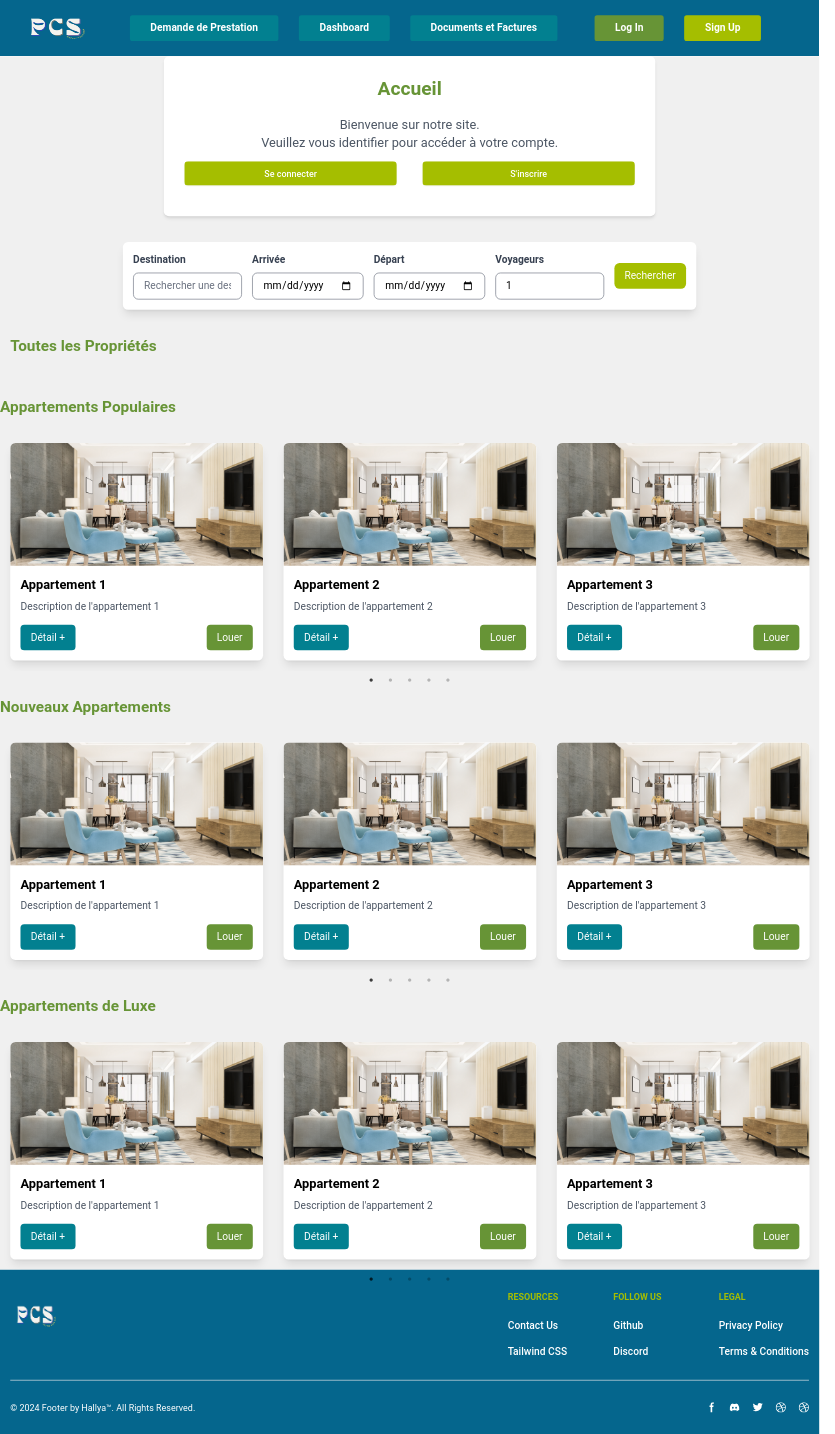
Repository: HATTOUNGBRE/ProjetAnnuel2
Page: /logout (app in FRONT/)
These files come from the project's save history. The page is drawn as it stood at one moment and after the next save; the edit follows.
The browser window is 1280 px wide. The page is 1305 px wide, so the pictures cover 1305 px, including what lies to the right of the window. The pictures show the whole page, at 64% of full size.
The page's requests for data from a server got no answer. The project was rebuilt for these pictures with package versions that can differ from the ones it lists, and the page was loaded fresh each time. No one was signed in, and anything a server would have sent is missing. Also part of the build but not shown: FRONT/vite.config.js, FRONT/src/components/PropertyCard.jsx, FRONT/src/components/Contact.jsx, FRONT/src/components/CatUser.jsx, FRONT/src/components/Login.jsx, FRONT/src/components/prestataire/PrestataireType.jsx, FRONT/src/components/prestataire/PrestataireDetails.jsx, FRONT/src/components/Account.jsx and 14 more.

Above is the page before, as saved 2024-06-28 14:25:57.

### FRONT/src/main.jsx
import React from 'react'
import ReactDOM from 'react-dom/client'
import App from './App.jsx'
import './App.css'
import { AuthProvider } from './components/AuthContext';
import {
  BrowserRouter,
  Route,
  Link
} from "react-router-dom";

ReactDOM.createRoot(document.getElementById('root')).render(
  <React.StrictMode>
    <AuthProvider>
    <App />
    </AuthProvider>
  </React.StrictMode>,
)

### FRONT/src/App.css
@tailwind base;
@tailwind components;
@tailwind utilities;

html, body {
  height: 100%;
  width: 100%;
  margin: 0;
  padding: 0;
  font-family: 'Roboto', sans-serif;
}


.logo {
  height: 5em;
  width: 7em;
  /* will-change: filter; */
  transition: filter 300ms;
}
.logo:hover {
}
.logo.react:hover {
  filter: drop-shadow(0 0 2em #61dafbaa);
}

@keyframes logo-spin {
  from {
    transform: rotate(0deg);
  }
  to {
    transform: rotate(360deg);
  }
}


.card {
  padding: 2em;
}

.read-the-docs {
  color: #888;
}
footer {
  position: absolute;
  left: 0;
  bottom: 0;
  width: 100%;
}
html, body {
  height: 100%;
  margin: 0;
  padding: 0;

}



footer {
  flex-shrink: 0; /* Empêche le pied de page de rétrécir si le contenu est trop grand */
}

.main-content {
  flex: 1;
  padding: 24px;
  overflow-y: auto;
  display: flex;
  flex-direction: column;
}

### FRONT/src/components/AuthContext.jsx
import React, { createContext, useState, useEffect } from 'react';
import Cookies from 'js-cookie';

const AuthContext = createContext();

export const AuthProvider = ({ children }) => {
  const [isLoggedIn, setIsLoggedIn] = useState(false);
  const [userRole, setUserRole] = useState('');
  const [userId, setUserId] = useState(null);
  const [userName, setUserName] = useState('');
  const [userSurname, setUserSurname] = useState('');
  const [category, setCategoryUserId] = useState(null);

  const fetchUserDetails = async (userId) => {
    try {
      const response = await fetch(`http://localhost:8000/api/user/${userId}`);
      const data = await response.json();

      if (response.ok) {
        setIsLoggedIn(true);
        setUserId(data.id);
        setUserName(data.name);
        setUserSurname(data.surname);
        setCategoryUserId(data.category_user);
        setUserRole(Cookies.get('role')); // Ensure the role is set from the cookie
      } else {
        setIsLoggedIn(false);
        setUserId(null);
        setUserName('');
        setUserSurname('');
        setCategoryUserId(null);
        setUserRole('');
      }
    } catch (error) {
      console.error('Error fetching user details:', error);
    }
  };

  useEffect(() => {
    const token = Cookies.get('authToken');
    const storedUserRole = Cookies.get('role');
    const storedUserId = Cookies.get('userId');

    if (token && storedUserId) {
      setIsLoggedIn(true);
      setUserRole(storedUserRole || '');
      fetchUserDetails(storedUserId); // Fetch user details
    }
  }, []);

  const login = (token, role, userId, userName, userSurname, category) => {
    Cookies.set('authToken', token, { expires: 1 });
    Cookies.set('role', role, { expires: 1 });
    Cookies.set('userId', userId, { expires: 1 });
    Cookies.set('userName', userName, { expires: 1 });
    Cookies.set('userSurname', userSurname, { expires: 1 });
    Cookies.set('category', category, { expires: 1 });

    setIsLoggedIn(true);
    setUserRole(role);
    setUserId(userId);
    setUserName(userName);
    setUserSurname(userSurname);
    setCategoryUserId(category);
  };

  const logout = () => {
    Cookies.remove('authToken');
    Cookies.remove('role');
    Cookies.remove('userId');
    Cookies.remove('userName');
    Cookies.remove('userSurname');
    Cookies.remove('category');

    setIsLoggedIn(false);
    setUserRole('');
    setUserId(null);
    setUserName('');
    setUserSurname('');
    setCategoryUserId(null);
  };

  return (
    <AuthContext.Provider value={{ isLoggedIn, userRole, userId, userName, userSurname, category, login, logout, fetchUserDetails }}>
      {children}
    </AuthContext.Provider>
  );
};

export default AuthContext;

### FRONT/src/components/Header.jsx
import { useState, useEffect } from 'react';
import Nav from './Nav';
import { Link } from "react-router-dom";

function Header(props) {
  const { isLoggedIn, userRole } = props;

  return (
    <div>
      <header className="bg-pcs-200 sticky top-0 z-[20]">
        <nav className="bg-pcs-200 border-gray-200 dark:bg-gray-900 w-full">
          <div className="w-full flex flex-wrap items-center justify-around p-1">
            <Link to="/" className="flex items-center space-x-3 rtl:space-x-reverse">
              <img src="/public/images/fullDay.png" className="h-8 logo" alt="PCSLogo" />
            </Link>
            <Nav isLoggedIn={isLoggedIn} userRole={userRole} />
            <button
              data-collapse-toggle="navbar-default"
              type="button"
              className="inline-flex items-center p-2 w-10 h-10 justify-center text-sm text-gray-500 rounded-lg md:hidden focus:outline-none focus:ring-2 focus:ring-gray-200 dark:text-gray-400 dark:focus:ring-gray-600"
              aria-controls="navbar-default"
              aria-expanded="false"
            >
              <span className="sr-only">Open main menu</span>
              <svg
                className="w-5 h-5"
                aria-hidden="true"
                xmlns="http://www.w3.org/2000/svg"
                fill="none"
                viewBox="0 0 17 14"
              >
                <path
                  stroke="currentColor"
                  strokeLinecap="round"
                  strokeLinejoin="round"
                  strokeWidth="2"
                  d="M1 1h15M1 7h15M1 13h15"
                />
              </svg>
            </button>
            <div className="hidden w-full md:block md:w-auto" id="navbar-default"></div>
          </div>
        </nav>
      </header>
    </div>
  );
}

export default Header;

### FRONT/src/components/Main.jsx
import React, { useState, useContext, useEffect } from 'react';
import AuthContext from './AuthContext';
import { Link } from 'react-router-dom';
import PropertyRow from './PropertyRow';
import Slider from 'react-slick';
import 'slick-carousel/slick/slick.css';
import 'slick-carousel/slick/slick-theme.css';

function Main() {
  const { isLoggedIn, userRole } = useContext(AuthContext);

  const [searchTerm, setSearchTerm] = useState('');
  const [cities, setCities] = useState([]);
  const [arrivalDate, setArrivalDate] = useState('');
  const [departureDate, setDepartureDate] = useState('');
  const [guests, setGuests] = useState(1);

  useEffect(() => {
    if (searchTerm.length >= 2) {
      searchCities(searchTerm);
    } else {
      setCities([]);
    }
  }, [searchTerm]);

  const searchCities = async (term) => {
    try {
      const response = await fetch(`https://geo.api.gouv.fr/communes?nom=${term}&fields=departement&boost=population&limit=5`);
      const data = await response.json();
      setCities(data);
    } catch (error) {
      console.error('Error fetching cities:', error);
    }
  };

  const handleSearch = (e) => {
    e.preventDefault();
    // Add your search logic here
    console.log('Searching for:', searchTerm, arrivalDate, departureDate, guests);
  };

  const sliderSettings = {
    dots: true,
    infinite: true,
    speed: 500,
    slidesToShow: 3,
    slidesToScroll: 1,
    responsive: [
      {
        breakpoint: 1024,
        settings: {
          slidesToShow: 2,
          slidesToScroll: 1,
          infinite: true,
          dots: true
        }
      },
      {
        breakpoint: 600,
        settings: {
          slidesToShow: 1,
          slidesToScroll: 1
        }
      }
    ]
  };

  return (
    <div className="min-h-screen bg-pcs-100 flex flex-col items-center justify-center">
      <div className="max-w-3xl w-full p-8 bg-white shadow-md rounded-lg text-center">
        <h1 className="text-3xl font-semibold text-pcs-400 mb-6">Accueil</h1>
        {isLoggedIn ? (
          <p className="text-xl text-pcs-300">
            Vous êtes connecté.e en tant que <span className="font-bold">{userRole}</span>
          </p>
        ) : (
          <div>
            <p className="text-xl text-gray-600">Bienvenue sur notre site.</p>
            <p className="text-xl text-gray-600">Veuillez vous identifier pour accéder à votre compte.</p>
            <div className='flex justify-center mt-4 space-x-10'>
              <button className='w-full px-4 mb-4 py-2 text-sm font-medium text-white bg-pcs-300 border border-transparent rounded-md shadow-sm hover:bg-pcs-400'>
                <Link to="/components/catUser">Se connecter</Link>
              </button>
              <button className='w-full px-4 mb-4 py-2 text-sm font-medium text-white bg-pcs-300 border border-transparent rounded-md shadow-sm hover:bg-pcs-400'>
                <Link to="/components/inscription">S'inscrire</Link>
              </button>
            </div>
          </div>
        )}
      </div>

      {/* Barre de recherche */}
      {!isLoggedIn || userRole === 'voyageur' ? (
        <div className="mt-10 w-full max-w-4xl bg-white shadow-lg rounded-lg p-4">
          <form onSubmit={handleSearch} className="flex items-center space-x-4">
            <div className="relative w-1/4">
              <label className="block text-gray-700 font-bold mb-2">Destination</label>
              <input
                type="text"
                className="w-full px-4 py-2 border rounded-lg focus:outline-none focus:ring-2 focus:ring-blue-500"
                placeholder="Rechercher une destination"
                value={searchTerm}
                onChange={(e) => setSearchTerm(e.target.value)}
              />
              {cities.length > 0 && (
                <ul className="absolute left-0 mt-2 w-full bg-white border rounded-lg z-10 max-h-48 overflow-y-auto">
                  {cities.map((city) => (
                    <li key={city.code} className="px-4 py-2 border-b last:border-b-0 cursor-pointer hover:bg-gray-200" onClick={() => setSearchTerm(city.nom)}>
                      {city.nom} ({city.departement.nom})
                    </li>
                  ))}
                </ul>
              )}
            </div>
            <div className="w-1/4">
              <label className="block text-gray-700 font-bold mb-2">Arrivée</label>
              <input
                type="date"
                className="w-full px-4 py-2 border rounded-lg focus:outline-none focus:ring-2 focus:ring-blue-500"
                value={arrivalDate}
                onChange={(e) => setArrivalDate(e.target.value)}
              />
            </div>
            <div className="w-1/4">
              <label className="block text-gray-700 font-bold mb-2">Départ</label>
              <input
                type="date"
                className="w-full px-4 py-2 border rounded-lg focus:outline-none focus:ring-2 focus:ring-blue-500"
                value={departureDate}
                onChange={(e) => setDepartureDate(e.target.value)}
              />
            </div>
            <div className="w-1/4">
              <label className="block text-gray-700 font-bold mb-2">Voyageurs</label>
              <input
                type="number"
                min="1"
                className="w-full px-4 py-2 border rounded-lg focus:outline-none focus:ring-2 focus:ring-blue-500"
                value={guests}
                onChange={(e) => setGuests(e.target.value)}
              />
            </div>
            <button
              type="submit"
              className="bg-pcs-300 text-white py-2 px-4 rounded-lg hover:bg-pcs-400 focus:outline-none focus:ring-2 focus:ring-blue-500"
            >
              Rechercher
            </button>
          </form>
        </div>
      ) : null}
      {/* Categories with carousels */}
      <PropertyRow title="Toutes les Propriétés" apiUrl="http://localhost:8000/api/properties" />
      <div className="mt-10 w-full">
        <h2 className="text-2xl font-semibold text-pcs-400 mb-6">Appartements Populaires</h2>
        <Slider {...sliderSettings}>
          {[1, 2, 3, 4, 5].map(item => (
            <div key={item} className="p-4">
              <div className="bg-white shadow-lg rounded-lg overflow-hidden">
                <img src="http://localhost:8000/uploads/property_photos/default_appart.jpg" alt={`Appartement ${item}`} className="h-48 w-full object-cover" />
                <div className="p-4">
                  <h3 className="text-xl font-semibold mb-2">Appartement {item}</h3>
                  <p className="text-gray-600 mb-4">Description de l'appartement {item}</p>
                  <div className="flex justify-between">
                    <button className="bg-pcs-250 hover:bg-pcs-200 text-white py-2 px-4 rounded-md">Détail +</button>
                    <button className="bg-pcs-400 text-white py-2 px-4 rounded-md">Louer</button>
                  </div>
                </div>
              </div>
            </div>
          ))}
        </Slider>
      </div>

      <div className="mt-10 w-full">
        <h2 className="text-2xl font-semibold text-pcs-400 mb-6">Nouveaux Appartements</h2>
        <Slider {...sliderSettings}>
          {[1, 2, 3, 4, 5].map(item => (
            <div key={item} className="p-4">
              <div className="bg-white shadow-lg rounded-lg overflow-hidden">
                <img src="http://localhost:8000/uploads/property_photos/default_appart.jpg" alt={`Appartement ${item}`} className="h-48 w-full object-cover" />
                <div className="p-4">
                  <h3 className="text-xl font-semibold mb-2">Appartement {item}</h3>
                  <p className="text-gray-600 mb-4">Description de l'appartement {item}</p>
                  <div className="flex justify-between">
                    <button className="bg-pcs-250 hover:bg-pcs-200 text-white py-2 px-4 rounded-md">Détail +</button>
                    <button className="bg-pcs-400 text-white py-2 px-4 rounded-md">Louer</button>
                  </div>
                </div>
              </div>
            </div>
          ))}
        </Slider>
      </div>

      <div className="mt-10 w-full">
        <h2 className="text-2xl font-semibold text-pcs-400 mb-6">Appartements de Luxe</h2>
        <Slider {...sliderSettings}>
          {[1, 2, 3, 4, 5].map(item => (
            <div key={item} className="p-4">
              <div className="bg-white shadow-lg rounded-lg overflow-hidden">
                <img src="http://localhost:8000/uploads/property_photos/default_appart.jpg" alt={`Appartement ${item}`} className="h-48 w-full object-cover" />
                <div className="p-4">
                  <h3 className="text-xl font-semibold mb-2">Appartement {item}</h3>
                  <p className="text-gray-600 mb-4">Description de l'appartement {item}</p>
                  <div className="flex justify-between">
                    <button className="bg-pcs-250 hover:bg-pcs-200 text-white py-2 px-4 rounded-md">Détail +</button>
                    <button className="bg-pcs-400 text-white py-2 px-4 rounded-md">Louer</button>
                  </div>
                </div>
              </div>
            </div>
          ))}
        </Slider>
      </div>
    </div>
  );
}

export default Main;

### FRONT/src/components/Nav.jsx
import { Link } from "react-router-dom";

function Nav(props) {
    const { isLoggedIn, userRole } = props;

    console.log('isLoggedIn page NAV:', isLoggedIn);
    return (
        <>
            <div className='flex space-x-8'>
                <Link to={`/${userRole}/Reservation`}>
                    <button className="bg-pcs-250 hover:bg-pcs-300 text-white font-bold py-2 px-8 rounded">
                        Demande de Prestation
                    </button>
                </Link>

                <Link to={`/components/dashboard/${userRole}`}>
                    <button className="bg-pcs-250 hover:bg-pcs-300 text-white font-bold py-2 px-8 rounded">
                        Dashboard
                    </button>
                </Link>

                <Link to={`/${userRole}/Prestation`}>
                    <button className="bg-pcs-250 hover:bg-pcs-300 text-white font-bold py-2 px-8 rounded">
                        Documents et Factures
                    </button>
                </Link>
            </div>
            {isLoggedIn ? (
                <div className='flex space-x-8'>
                    <Link to='/account'>
                        <button className="bg-pcs-400 hover:bg-pcs-700 text-white font-bold py-2 px-8 rounded">
                            Account
                        </button>
                    </Link>
                    <Link to='/logout'>
                        <button className="bg-pcs-300 hover:bg-pcs-600 text-white font-bold py-2 px-8 rounded">
                            Log out
                        </button>
                    </Link>

                </div>
            ) : (
                <div className='flex space-x-8'>
                    <Link to='/components/catuser'>
                        <button className="bg-pcs-400 hover:bg-pcs-700 text-white font-bold py-2 px-8 rounded">
                            Log In
                        </button>
                    </Link>

                    <Link to='/components/Inscription'>
                        <button className="bg-pcs-300 hover:bg-pcs-600 text-white font-bold py-2 px-8 rounded">
                            Sign Up
                        </button>
                    </Link>
                </div>
            )}
        </>
    );
};

export default Nav;

### FRONT/src/components/LogOut.jsx
import React, { useContext, useEffect } from 'react';
import { useNavigate } from 'react-router-dom';
import AuthContext from './AuthContext';

const LogOut = () => {
  const { logout } = useContext(AuthContext);
  const navigate = useNavigate();

  useEffect(() => {
    logout();
    navigate('/');
  }, [logout, navigate]);

  return null;
};

export default LogOut;

### FRONT/src/components/PropertyRow.jsx
// src/components/PropertyRow.jsx
import React, { useEffect, useState } from 'react';
import Slider from 'react-slick';
import PropertyCard from './PropertyCard';
import 'slick-carousel/slick/slick.css';
import 'slick-carousel/slick/slick-theme.css';

const PropertyRow = ({ title, apiUrl }) => {
  const [properties, setProperties] = useState([]);

  useEffect(() => {
    const fetchProperties = async () => {
      try {
        const response = await fetch(apiUrl);
        const data = await response.json();
        setProperties(data);
      } catch (error) {
        console.error('Error fetching properties:', error);
      }
    };

    fetchProperties();
  }, [apiUrl]);

  const sliderSettings = {
    dots: true,
    infinite: true,
    speed: 500,
    slidesToShow: 3,
    slidesToScroll: 1,
    responsive: [
      {
        breakpoint: 1024,
        settings: {
          slidesToShow: 2,
          slidesToScroll: 1,
          infinite: true,
          dots: true
        }
      },
      {
        breakpoint: 600,
        settings: {
          slidesToShow: 1,
          slidesToScroll: 1
        }
      }
    ]
  };

  return (
    <div className="mt-10 w-full">
      <h2 className=" ml-4 text-2xl font-semibold text-pcs-400 mb-6">{title}</h2>
      <Slider {...sliderSettings}>
        {properties.map(property => (
          <div key={property.id} className="p-4">
            <PropertyCard property={property} />
          </div>
        ))}
      </Slider>
    </div>
  );
};

export default PropertyRow;

Loaded but not shown: FRONT/index.html (common file); FRONT/tailwind.config.js (26 lines, source omitted); FRONT/src/components/Footer.jsx (91 lines, source omitted); FRONT/src/App.jsx (95 lines, source omitted)

After the next save:
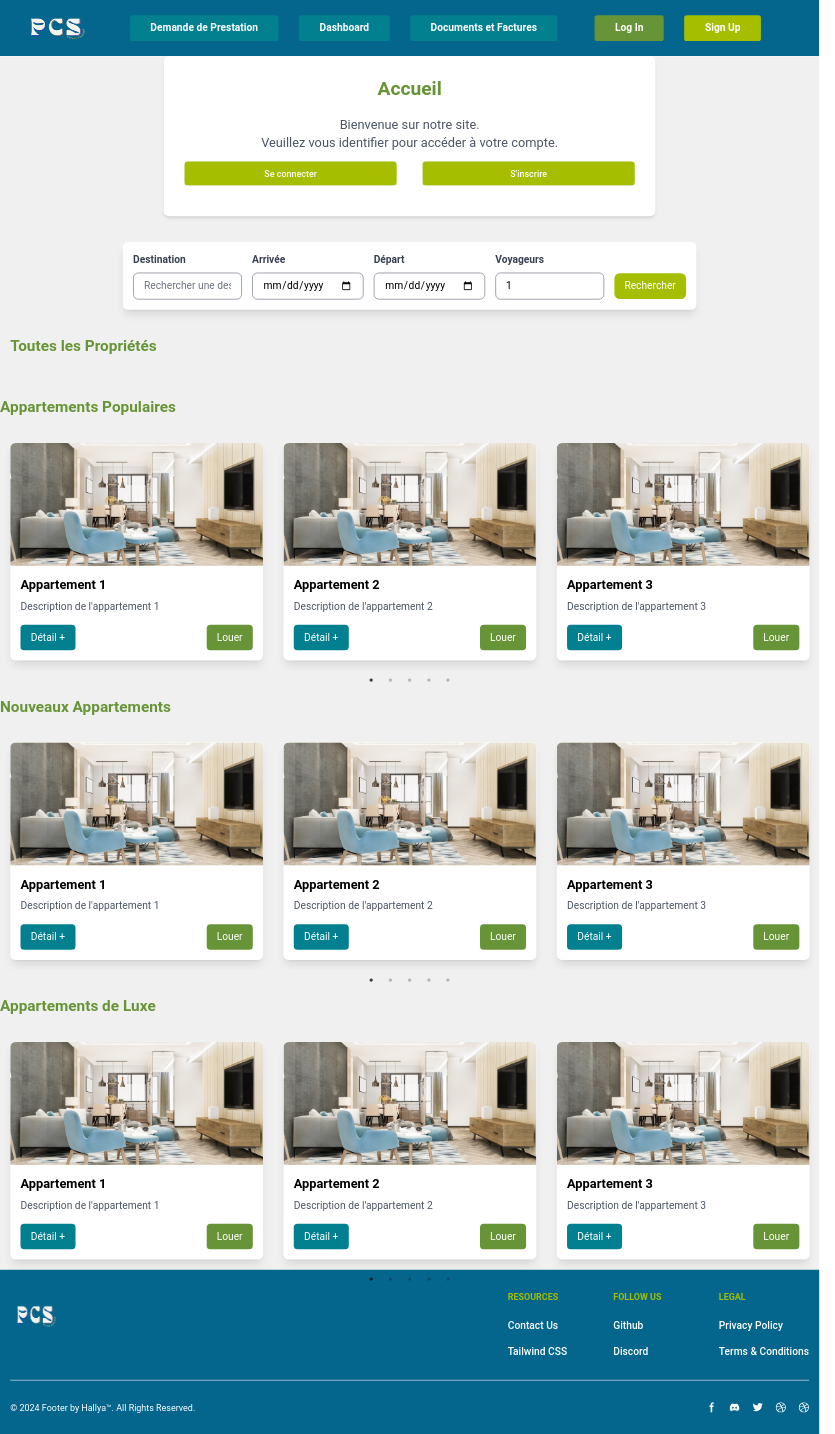
Saved 77 s later.
--- a/FRONT/src/components/Main.jsx
+++ b/FRONT/src/components/Main.jsx
@@ -142,7 +142,7 @@ function Main() {
             </div>
             <button
               type="submit"
-              className="bg-pcs-300 text-white py-2 px-4 rounded-lg hover:bg-pcs-400 focus:outline-none focus:ring-2 focus:ring-blue-500"
+              className="bg-pcs-300 mt-8 text-white py-2 px-4 rounded-lg hover:bg-pcs-400 focus:outline-none focus:ring-2 focus:ring-blue-500"
             >
               Rechercher
             </button>
